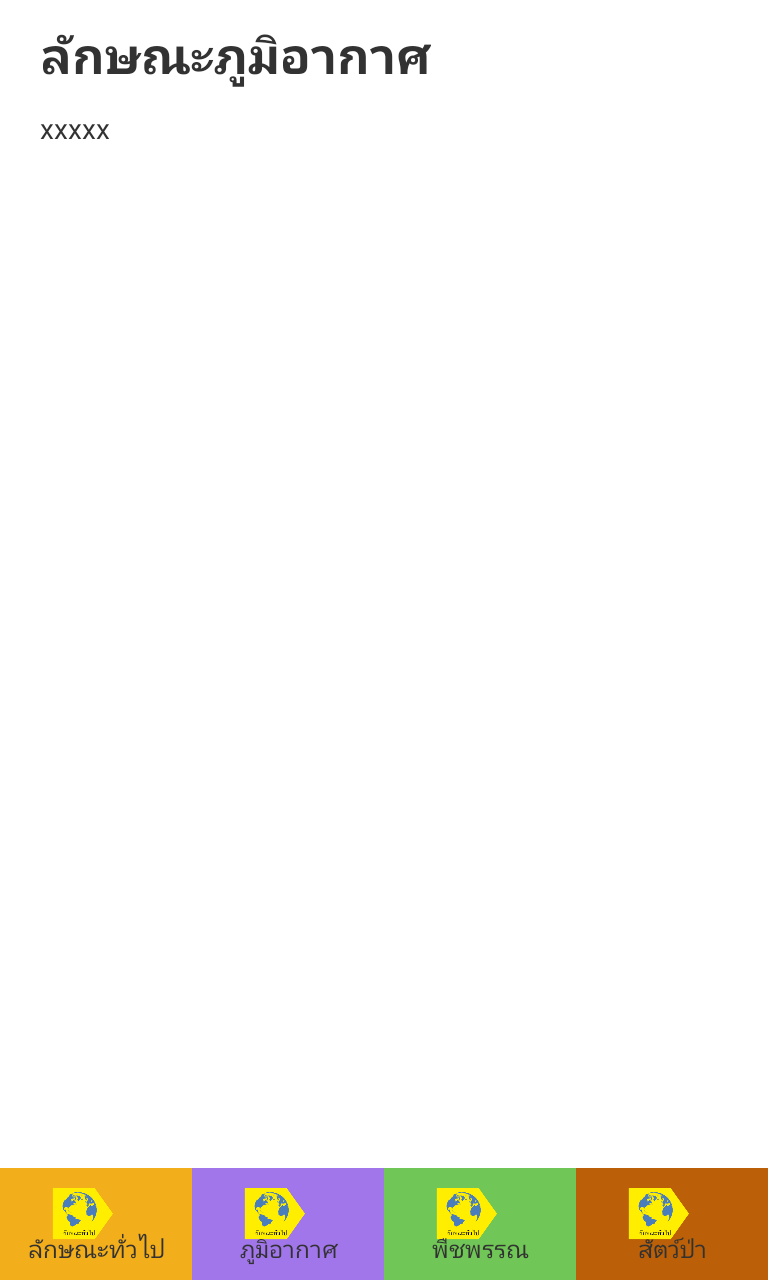
Repository: SettawutSomboon/SouthNationalPark
Layout: SouthNationalParkTravel/SouthNationalPark/res/layout/climate.xml
These files come from the project's save history. The layout is drawn as it stood at one moment and after the next save; the edit follows.
It is drawn on a 768 x 1280 px phone screen (xhdpi) without system bars, with theme AppTheme; the app's code is not run.

Above is the layout before, as saved 2015-03-01 10:28:10.

After the next save:
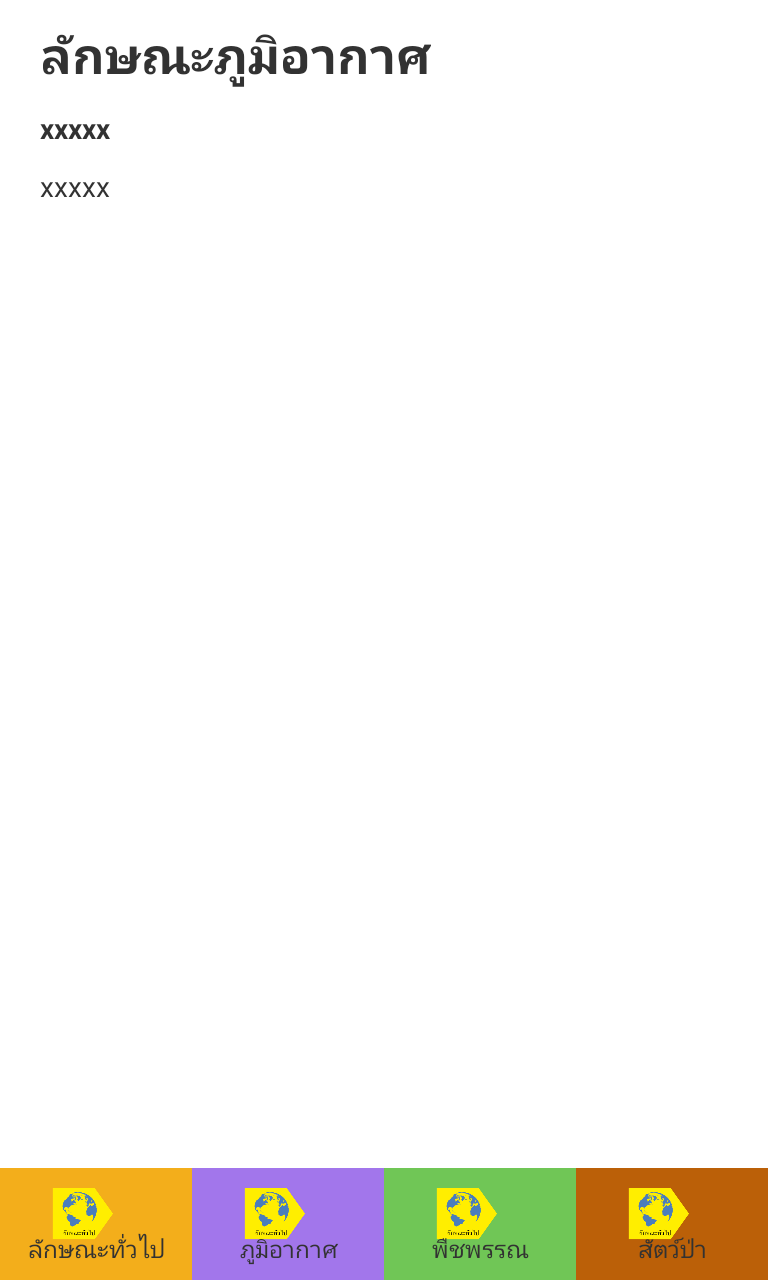
Saved 2 min 44 s later.
--- a/SouthNationalParkTravel/SouthNationalPark/res/layout/climate.xml
+++ b/SouthNationalParkTravel/SouthNationalPark/res/layout/climate.xml
@@ -30,6 +30,14 @@
                 android:text="ลักษณะภูมิอากาศ"
                 android:textSize="25dp"
                 android:textStyle="bold" />
+
+             <TextView
+                android:id="@+id/txt_parkname"
+                android:layout_width="wrap_content"
+                android:layout_height="wrap_content"
+                android:layout_marginTop="10dp"
+                android:textStyle="bold"
+                android:text="xxxxx" />
 
             <TextView
                 android:id="@+id/txt_climate_data"
